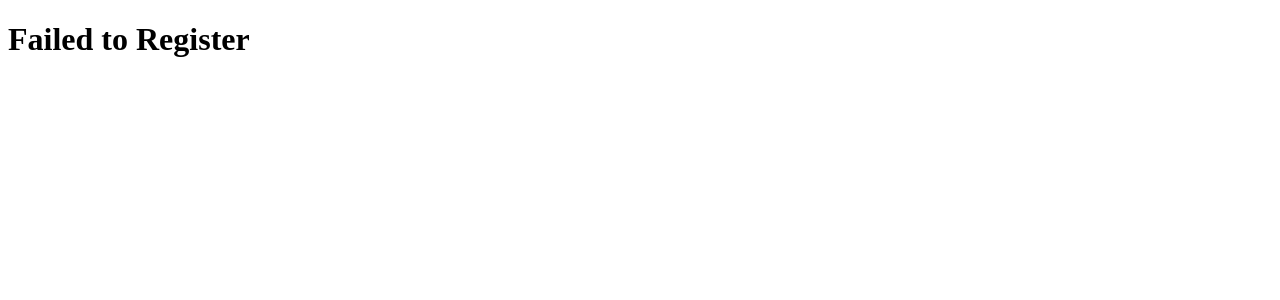
Repository: anuragtiwari3100/Java-Web-Solutions-Kit
Page: http://localhost/RegistrationAppUsingMVC/failure.jsp
The author's editor kept a copy of each file at every save. The page is drawn from the files as they stood at one save, then again after the next save.
The browser window is 1280 px wide. The pictures show the whole page.
The page is served by Tomcat 10.

Above is the page before, as saved 2024-11-28 04:24:43.

After the next save:
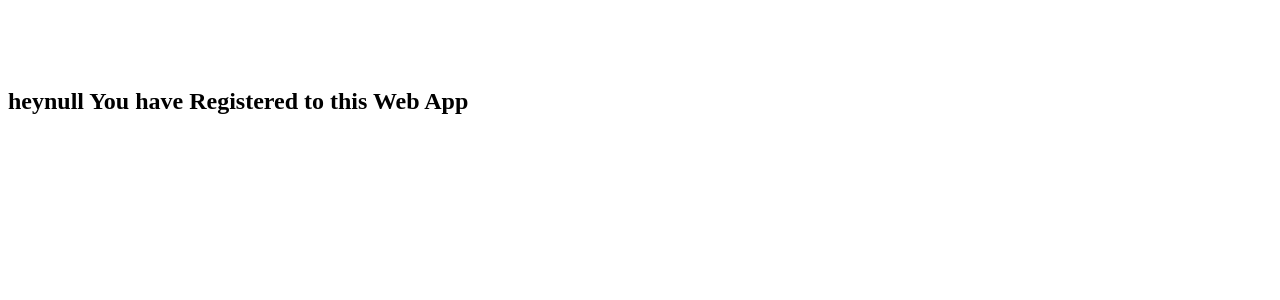
Saved 22 s later.
--- a/JspAndServlet/RegistrationAppUsingMVC/src/main/webapp/failure.jsp
+++ b/JspAndServlet/RegistrationAppUsingMVC/src/main/webapp/failure.jsp
@@ -7,6 +7,8 @@
 <title>Failure</title>
 </head>
 <body>
-   <h1> Failed to Register</h1>
+  <h1><marquee>Registaration successful</marquee></h1>
+  <% String name =(String)session.getAttribute("name"); %>
+ <h2>hey<%= name %> You have Registered to this Web App</h2>
 </body>
 </html>
